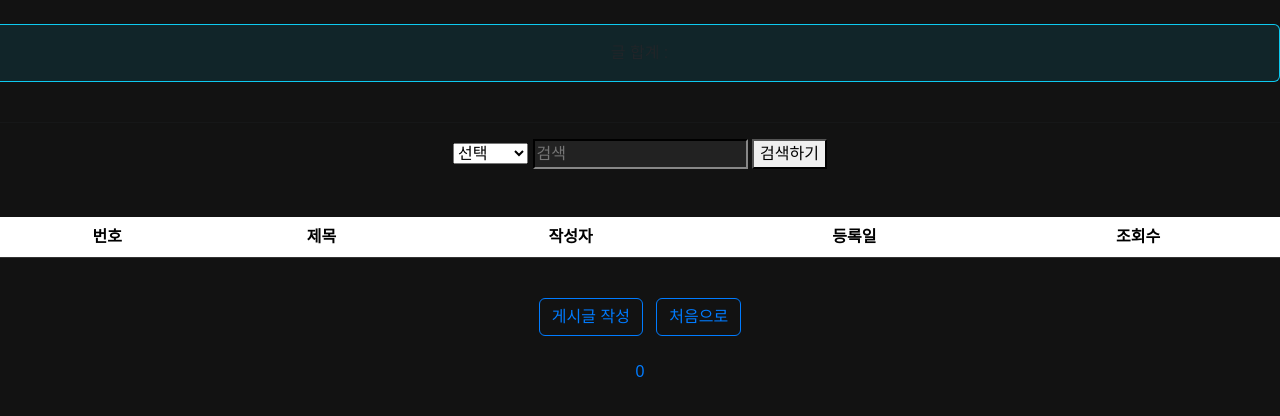
Repository: bbqju13/simai
Page: http://localhost/zip/WEB-INF/views/board/list.jsp
These files come from the project's save history. The page is drawn as it stood at one moment and after the next save; the edit follows.
The browser window is 1280 px wide. The pictures show the whole page.
The page is served by Tomcat 9. Nobody is signed in. Other server files are loaded and not shown. The template is opened directly, without the code that normally fills it, so the values that code supplies are empty.

Above is the page before, as saved 2023-06-20 01:03:32.

### zip/src/main/webapp/WEB-INF/views/board/list.jsp
<%@ page language="java" contentType="text/html; charset=UTF-8"
	pageEncoding="UTF-8"%>
<%@ taglib uri="http://java.sun.com/jsp/jstl/core" prefix="c"%>
<!DOCTYPE html>
<html>
<head>
<meta charset="UTF-8">
<link
	href="https://cdn.jsdelivr.net/npm/bootstrap@5.2.3/dist/css/bootstrap.min.css"
	rel="stylesheet"
	integrity="sha384-rbsA2VBKQhggwzxH7pPCaAqO46MgnOM80zW1RWuH61DGLwZJEdK2Kadq2F9CUG65"
	crossorigin="anonymous">
<script
	src="https://cdn.jsdelivr.net/npm/bootstrap@5.2.3/dist/js/bootstrap.bundle.min.js"
	integrity="sha384-kenU1KFdBIe4zVF0s0G1M5b4hcpxyD9F7jL+jjXkk+Q2h455rYXK/7HAuoJl+0I4"
	crossorigin="anonymous"></script>
<link rel="stylesheet" href="/resources/css/list.css">
<title>Board list</title>
</head>
<body class="text-center">

	<br>
	<div class="p-3 bg-info bg-opacity-10 border border-info border-start-0 rounded-end">
		<span>글 합계 : ${ph.totalCnt }</span>
	</div>
	<br>
	<hr>
	<form action="/board/list" method="get">
		<div>
			<c:set value="${ph.pgvo.type }" var="typed"></c:set>
			<select name="type">
				<option ${typed == null ? 'selected' : ''}>선택</option>
				<option value="t" ${typed eq 't' ? 'selected' : '' }>|제목|</option>
				<option value="c" ${typed eq 'c' ? 'selected' : '' }>|내용|</option>
				<option value="w" ${typed eq 'w' ? 'selected' : '' }>|작성자|</option>
			</select> <input type="text" name="keyword" placeholder="검색"> <input
				type="hidden" name="pageNo" value="${ph.pgvo.pageNo }"> <input
				type="hidden" name="qty" value="${ph.pgvo.qty }">
			<button type="submit">검색하기</button>
		</div>
	</form>
<br> <br>
	<table class="table table-striped">
		<thead>
			<tr>
				<th>번호</th>
				<th>제목</th>
				<th>작성자</th>
				<th>등록일</th>
				<th>조회수</th>
			</tr>
		</thead>
		<tbody>
			<c:forEach items="${list }" var="board">
				<tr>
					<td>${board.bno }</td>
					<td><a href="/board/detail?bno=${board.bno }">
							${board.title }</a></td>
					<td>${board.writer }</td>
					<td>${board.reg_date }</td>
					<td>${board.read_cnt }</td>
				</tr>
			</c:forEach>
		</tbody>
	</table>
	<br>
	<div class="btn-group" role="group" aria-label="Basic outlined example">
		<a href="/board/register">
			<button type="button" class="btn btn-outline-primary">게시글 작성</button>
		</a> &nbsp &nbsp <a href="/">
			<button type="button" class="btn btn-outline-primary">처음으로</button>
		</a>
	</div>
	<br> <br>
	<div>
		<c:if test="${ph.prev }">
			<a
				href="/board/list?pageNo=${ph.startPage - 1 }&qty=${ph.pgvo.qty}&type=${ph.pgvo.type}&keyword=${ph.pgvo.keyword}">◀
				| </a>
		</c:if>

		<c:forEach begin="${ph.startPage }" end="${ph.endPage }" var="i">
			<a
				href="/board/list?pageNo=${i }&qty=${ph.pgvo.qty}&type=${ph.pgvo.type}&keyword=${ph.pgvo.keyword}">
				${i } </a>
		</c:forEach>


		<c:if test="${ph.next }">
			<a
				href="/board/list?pageNo=${ph.endPage + 1 }&qty=${ph.pgvo.qty}&type=${ph.pgvo.type}&keyword=${ph.pgvo.keyword}">
				| ▶</a>
		</c:if>
	</div>
</body>
</html>

### zip/src/main/webapp/resources/css/list.css
@charset "UTF-8";

body {
	background-color: #121212;
	font-family: Arial, sans-serif;
	margin: 0;
	padding: 0;
	box-sizing: border-box;
}

.container {
	max-width: 960px;
	margin: 0 auto;
	padding: 20px;
}

.table {
	background-color: #fff;
	border-color: #333;
	transition: all 0.3s ease;
	color: black;
}

.table:hover {
	transform: scale(1.01);
	box-shadow: 0px 0px 10px rgba(0, 123, 255, 0.7);
}

.table thead th {
	color: black;

}

.table tbody tr td, .table tbody tr th {
	color: black;
}

.btn-outline-primary {
	border-color: #007bff;
	color: #007bff;
	background-color: transparent;
	transition: all 0.3s ease;
}

.btn-outline-primary:hover {
	background-color: #007bff;
	color: #fff;
	box-shadow: 0px 0px 10px rgba(255, 255, 255, 0.7);
}

a, a:hover {
	color: #007bff;
	text-decoration: none;
}

input[type="text"], select.form-select {
	background-color: #222;
	color: black;
	border-color: #333;
}

After the next save:
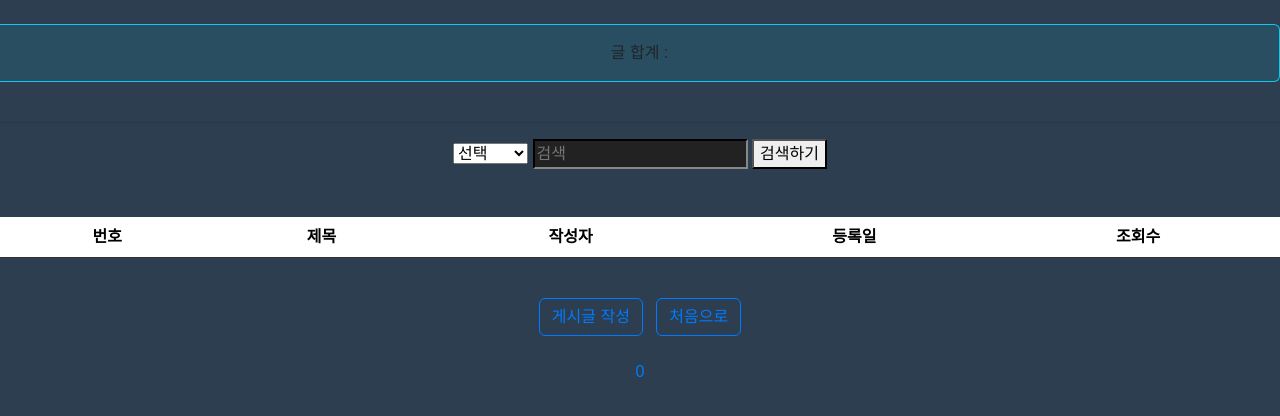
Saved 66 s later.
--- a/zip/src/main/webapp/resources/css/list.css
+++ b/zip/src/main/webapp/resources/css/list.css
@@ -1,7 +1,7 @@
 @charset "UTF-8";
 
 body {
-	background-color: #121212;
+	background-color: #2c3e50;
 	font-family: Arial, sans-serif;
 	margin: 0;
 	padding: 0;
